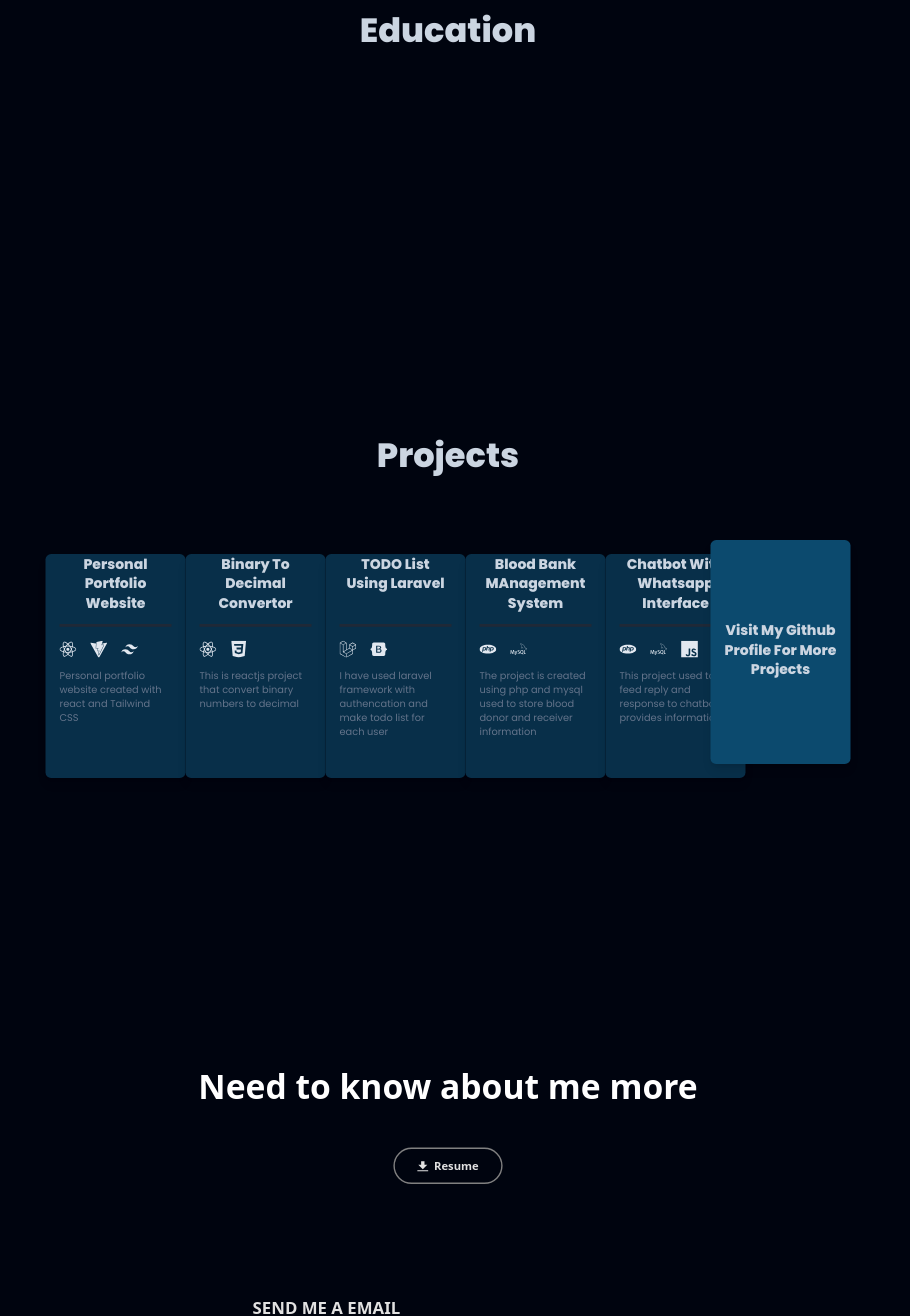
Repository: sibi24sibi/MyPersonalPortfolio
Page: /
These files come from the project's save history. The page is drawn as it stood at one moment and after the next save; the edit follows.
The browser window is 1280 px wide. The page is 1300 px wide, so the pictures cover 1300 px, including what lies to the right of the window. The pictures show the part of the page from y = 1209 to 3089 px (the page is 3494 px tall), at 70% of full size.
The project was rebuilt for these pictures with package versions that can differ from the ones it lists, and the page was loaded fresh each time. Also part of the build but not shown: vite.config.js, src/components/Menu.jsx, src/components/Footer.jsx.

Above is the page before, as saved 2024-05-03 20:27:23.

After the next save:
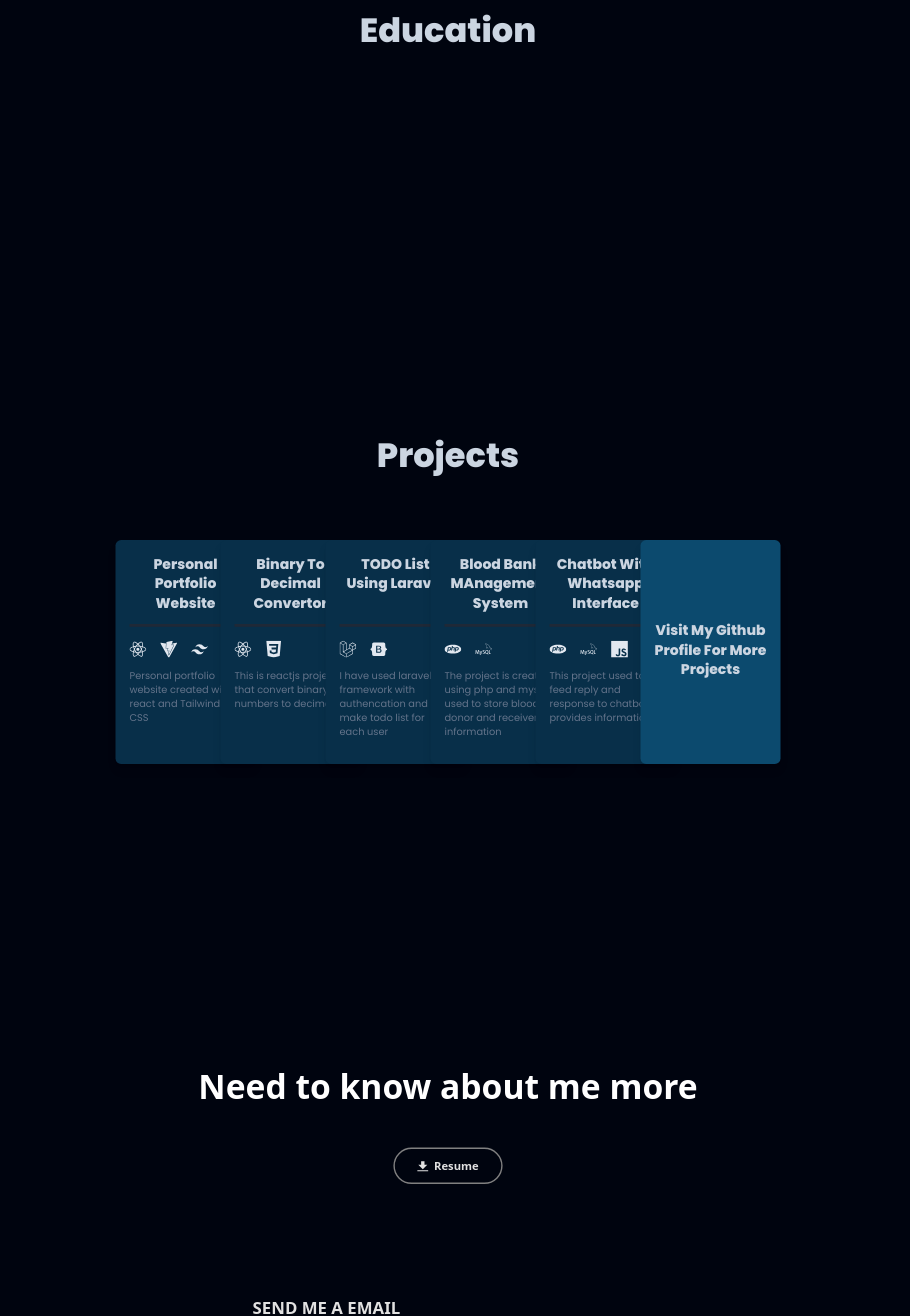
Saved 21 s later.
--- a/src/components/Project_prop.jsx
+++ b/src/components/Project_prop.jsx
@@ -8,7 +8,7 @@ const Project_prop = (props) => {
     <>
 
 
-    <div className="proj-area ">
+
       <div className="card bg-blue-100 dark:bg-sky-950 rounded-lg shadow-lg aspect-w-16 aspect-h-9 ">
         <h3
         className="title capitalize font-bold h-20 text-slate-800 dark:text-slate-300 text-xl max-sm:text-lg m-5 text-center"
@@ -34,7 +34,7 @@ const Project_prop = (props) => {
           {props.para}
         </p>
       </div>
-    </div>
+
 
 
 
